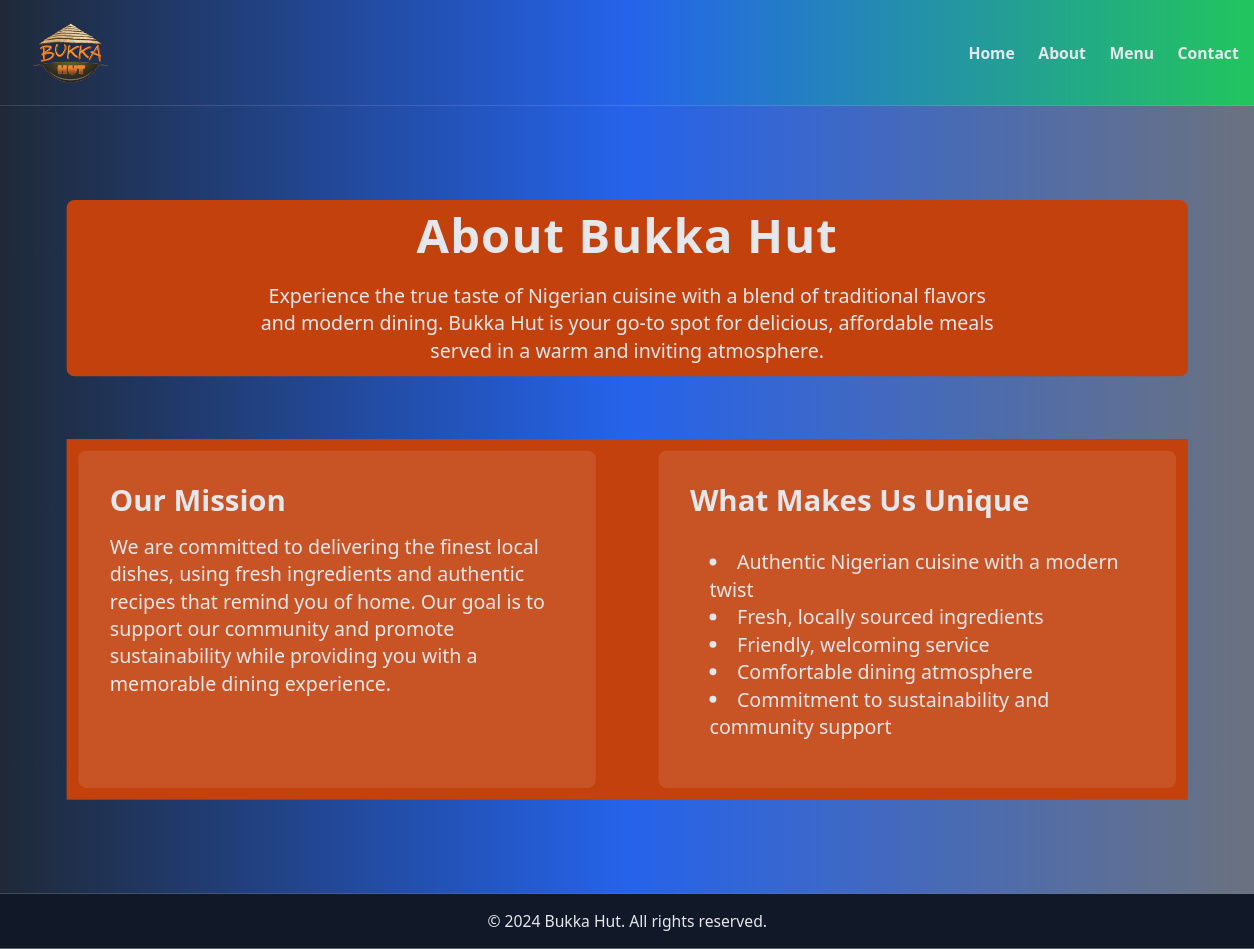
Repository: countaustin1990/BUKKAHUT
Page: About.html
An editor plug-in stored every save of this project. The page is shown before and after the next save, followed by the edit.
The browser window is 1280 px wide. The pictures show the whole page, at 98% of full size.
Some web libraries are served in a nearby version.

Above is the page before, as saved 2024-08-26 00:58:28.
Console error: TypeError: Cannot read properties of null (reading 'addEventListener')

After the next save:
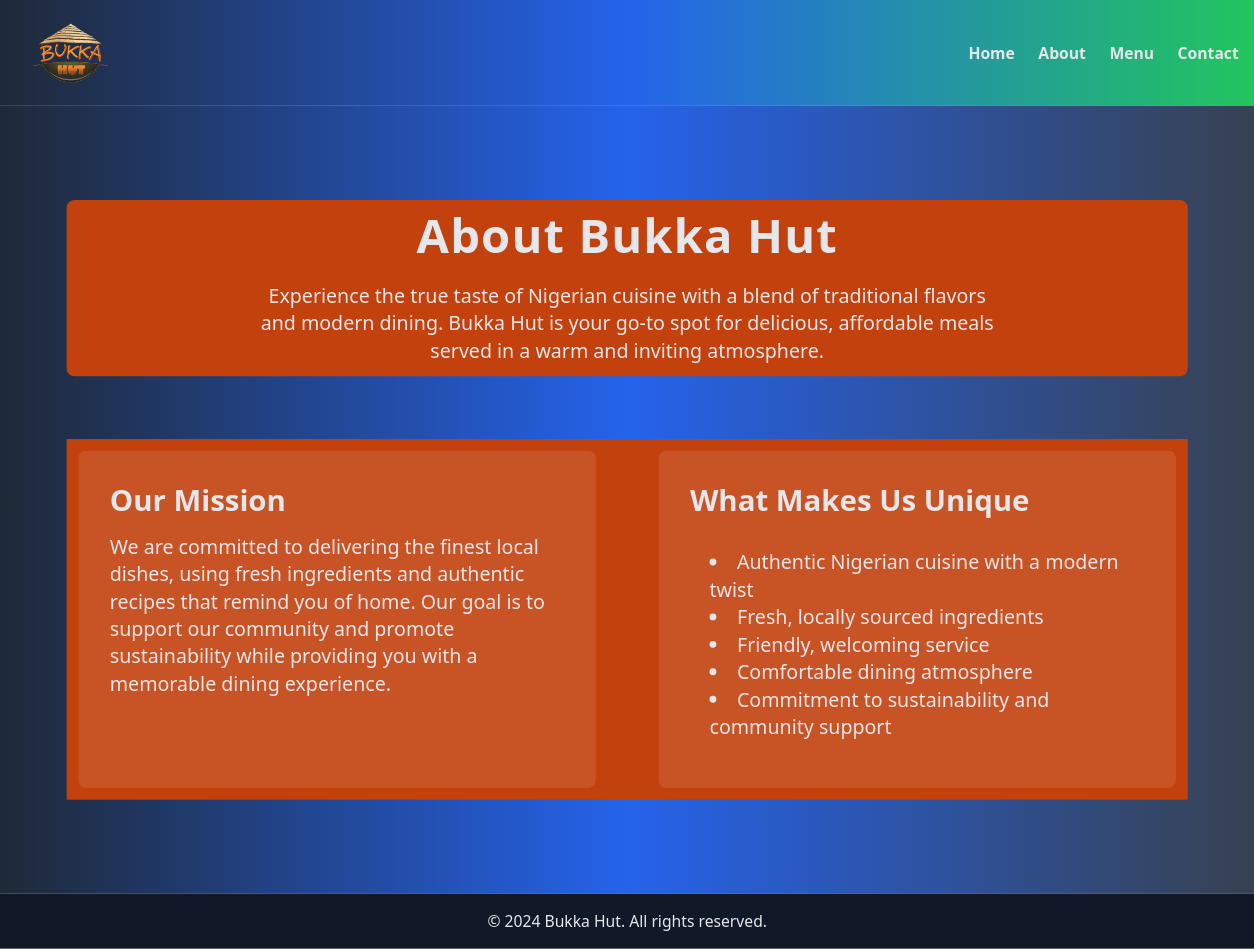
Saved 29 s later.
--- a/About.html
+++ b/About.html
@@ -75,7 +75,7 @@
   </nav>
 
   <!-----------------------the main content----------------------------------------------->
-  <section class="py-16 lg:py-24 bg-gradient-to-r from-gray-800 via-blue-600 to-gray-500 text-gray-200 p-5">
+  <section class="py-16 lg:py-24 bg-gradient-to-r from-gray-800 via-blue-600 to-gray-700 text-gray-200 p-5">
     <div class="container mx-auto px-6 lg:px-12 fade-in">
       <div class="text-center mb-16 bg-orange-700 p-3 rounded-lg abata">
         <h2 class="text-5xl font-bold tracking-wide">About Bukka Hut</h2>
